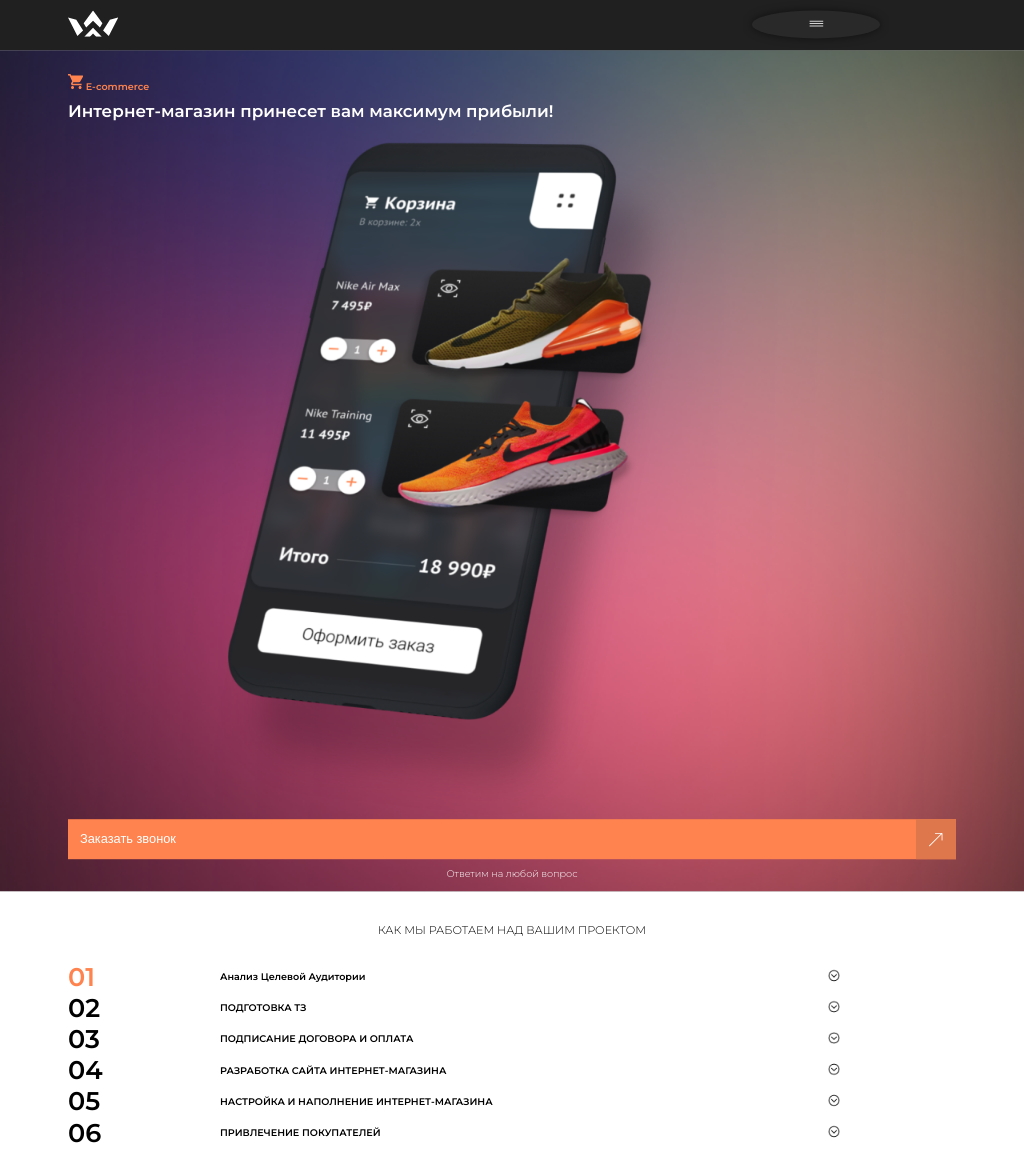
Repository: Gabi0605/my-tests
Page: web_alternative/index.html
An editor plug-in stored every save of this project. The page is shown before and after the next save, followed by the edit.
The browser window is 1280 px wide. The pictures show the whole page, at 80% of full size.
The style sheet was rebuilt from its Sass, Less or Tailwind sources for each picture, by a compiler version that may differ from the author's.

Above is the page before, as saved 2020-01-19 20:33:28.

### web_alternative/index.html
<!DOCTYPE html>
<html lang="ru">
<head>
    <meta charset="UTF-8">
    <meta name="viewport" content="width=device-width, initial-scale=1.0">
    <meta http-equiv="X-UA-Compatible" content="ie=edge">
    <title>WEB ALTERNATIVE</title>
    <link href="https://fonts.googleapis.com/css?family=Montserrat:300,400,600|Roboto:300,700&display=swap" rel="stylesheet">
    <link rel="stylesheet" href="css/bootstrap-grid.min.css">
    <link rel="stylesheet" href="css/style.css">
</head>
<body>
    <header>
        <div class="container">
            <div class="row">
                <div class="col-4">
                    <div class="logo">
                        <img src="img/svg/logo.svg" alt="">
                    </div>
                </div>
                <div class="col-2 offset-5">
                    <div class="burger">
                        <div class="rect"></div>
                        <div class="rect"></div>
                        <div class="rect"></div>
                    </div>
                </div>
            </div>
        </div>
    </header>
    <div class="call">
        <div class="container">
            <div class="e-commerce">
                <img src="img/svg/shopping-cart.svg" alt=""> E-commerce
            </div>
            <h2>
                Интернет-магазин принесет вам максимум прибыли!
            </h2>
            <div class="row">
                <div class="col-8 offset-2">
                    <img src="img/phone.png" alt="">
                </div>
            </div>
            <button>
                Заказать звонок
            </button>
            <p>Ответим на любой вопрос</p>
        </div>
    </div>
    <div class="work">
        <div class="container">
            <div class="row">
                <div class="col-10 offset-1">
                    <h2>Как мы работаем над вашим проектом</h2>
                </div>
            </div>
            <div class="item item-active">
                <div class="row">
                    <div class="col-2 item__number">01</div>
                    <div class="col-8 item__p">
                        <p>Анализ целевой аудитории</p>
                    </div>
                    <div class="col-2 item__btn">
                        <button><img src="img/arrow-down.png" alt=""></button>
                    </div>
                </div>
            </div>
            <div class="item">
                <div class="row">
                    <div class="col-2 item__number">02</div>
                    <div class="col-8 item__p">
                        <p>Подготовка ТЗ</p>
                    </div>
                    <div class="col-2 item__btn">
                        <button><img src="img/arrow-down.png" alt=""></button>
                    </div>
                </div>
            </div>
            <div class="item">
                <div class="row">
                    <div class="col-2 item__number">03</div>
                    <div class="col-8 item__p">
                        <p>Подписание договора и оплата</p>
                    </div>
                    <div class="col-2 item__btn">
                        <button><img src="img/arrow-down.png" alt=""></button>
                    </div>
                </div>
            </div>
            <div class="item">
                <div class="row">
                    <div class="col-2 item__number">04</div>
                    <div class="col-8 item__p">
                        <p>Разработка сайта интернет-магазина</p>
                    </div>
                    <div class="col-2 item__btn">
                        <button><img src="img/arrow-down.png" alt=""></button>
                    </div>
                </div>
            </div>
            <div class="item">
                <div class="row">
                    <div class="col-2 item__number">05</div>
                    <div class="col-8 item__p">
                        <p>Настройка и наполнение интернет-магазина</p>
                    </div>
                    <div class="col-2 item__btn">
                        <button><img src="img/arrow-down.png" alt=""></button>
                    </div>
                </div>
            </div>
            <div class="item">
                <div class="row">
                    <div class="col-2 item__number">06</div>
                    <div class="col-8 item__p">
                        <p>Привлечение покупателей</p>
                    </div>
                    <div class="col-2 item__btn">
                        <button><img src="img/arrow-down.png" alt=""></button>
                    </div>
                </div>
            </div>
        </div>
    </div>
</body>
</html>

### web_alternative/less/style.less
*{
    margin: 0;
    padding: 0;
    box-sizing: border-box;
}
.montserrat{
    font-family: 'Montserrat', sans-serif;
}
.roboto{
    font-family: 'Roboto', sans-serif;
}
p{
    .montserrat;
    font-size: 12px;
    line-height: 15px;
}
@background: #171718;
@gray: #202020;
@burger: #292929;
@orange: #FF834E;
@darkorange: #DE774B;
body{
    .montserrat
}
img{
    max-width: 100%;
}
button{
    background: none;
    border: none;
    cursor: pointer;
    &:focus{
        outline: none;
    }
}

header{
    background: @gray;
    padding: 13px 0;
    .burger{
        background: @burger;
        border-radius: 50%;
        box-shadow: 0 0 10px rgba(0, 0, 0, 0.5);
        min-width: 35px;
        min-height: 35px;
        display: flex;
        flex-direction: column;
        justify-content: center;
        align-items: center;
        .rect{
            min-width: 17px;
            max-width: 50%;
            height: 1px;
            background: #fff;
            margin-bottom: 2px;
        }
    }
}
.call{
    background: @background;
    background-image: url(../img/mobile-background-block-one.png);
    background-size: cover;
    padding: 29px 0 15px;
    .e-commerce{
        color: @orange;
        font-weight: 600;
        font-size: 12px;
        line-height: 15px;
    }
    h2{
        color: #fff;
        font-weight: 600;
        font-size: 21px;
        line-height: 28px;
        padding: 10px 0 24px;
    }
    button{
        background: @orange;
        color: #fff;
        font-weight: 400;
        font-size: 16px;
        line-height: 20px;
        padding: 15px;
        border: none;
        width: 100%;
        text-align: left;
        position: relative;
        &::after{
            content: "";
            position: absolute;
            top: 0;
            bottom: 0;
            right: 0;
            width: 50px;
            background: @darkorange;
            background-image: url(../img/svg/Union.svg);
            background-repeat: no-repeat;
            background-position: center;
        }
    }
    p{
        font-weight: 300;
        font-size: 12px;
        line-height: 15px;
        color: #fff;
        text-align: center;
        padding-top: 10px;
    }
}
.work{
    padding: 40px 0 30px;
    h2{
        font-size: 14px;
        line-height: 17px;
        font-weight: 300;
        text-transform: uppercase;
        text-align: center;
        padding-bottom: 30px;
    }
    .item{

        &__number{
            font-size: 32px;
            line-height: 39px;
            font-weight: 600;
        }
        &__p{
            text-transform: uppercase;
            font-size: 12px;
            line-height: 15px;
            font-weight: 600;
            display: flex;
            align-items: center;
        }
        &__btn{
            text-align: right;
            display: flex;
            align-items: center;
        }
        &-active{
            .item__number{
                color: @orange;
            }
            .item__p{
                text-transform: capitalize;
            }
        }
    }
}

Loaded but not shown: web_alternative/css/bootstrap-grid.min.css (library)

After the next save:
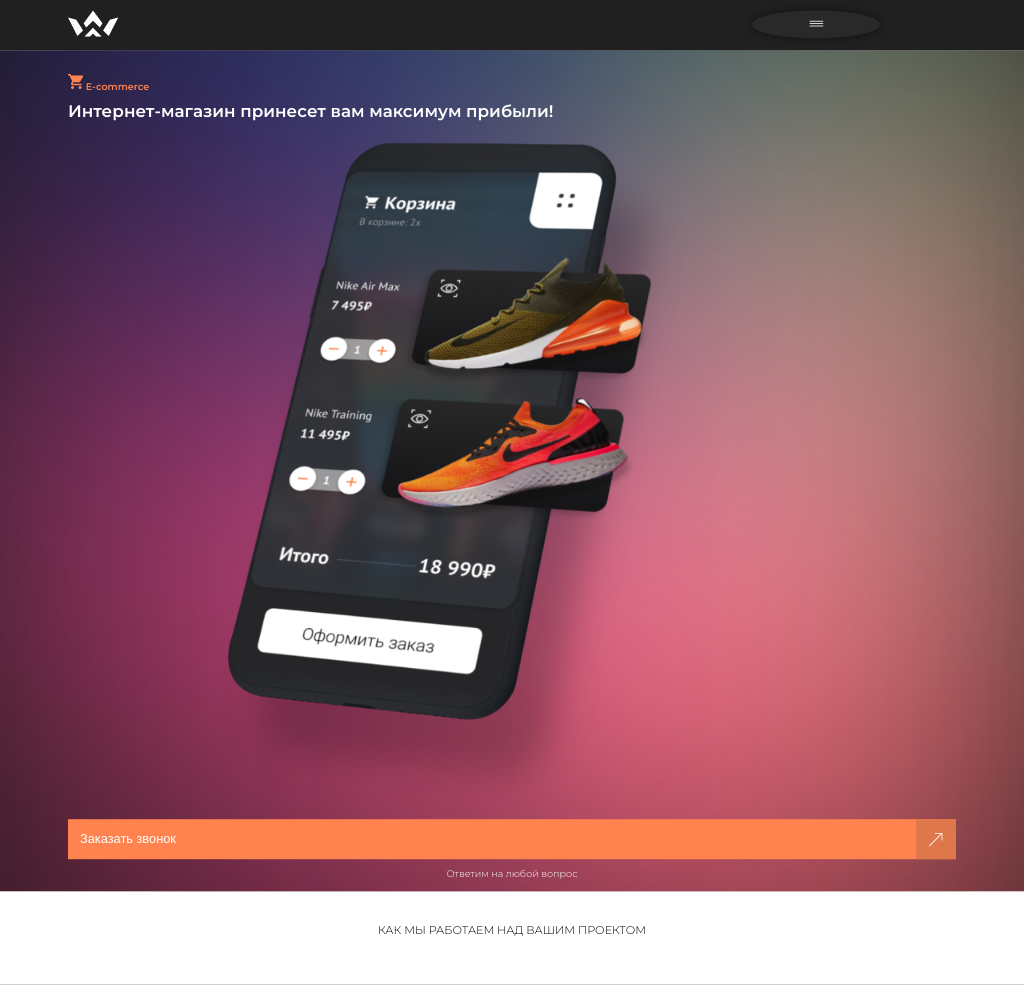
Saved 31 s later.
--- a/web_alternative/index.html
+++ b/web_alternative/index.html
@@ -54,72 +54,7 @@
                     <h2>Как мы работаем над вашим проектом</h2>
                 </div>
             </div>
-            <div class="item item-active">
-                <div class="row">
-                    <div class="col-2 item__number">01</div>
-                    <div class="col-8 item__p">
-                        <p>Анализ целевой аудитории</p>
-                    </div>
-                    <div class="col-2 item__btn">
-                        <button><img src="img/arrow-down.png" alt=""></button>
-                    </div>
-                </div>
-            </div>
-            <div class="item">
-                <div class="row">
-                    <div class="col-2 item__number">02</div>
-                    <div class="col-8 item__p">
-                        <p>Подготовка ТЗ</p>
-                    </div>
-                    <div class="col-2 item__btn">
-                        <button><img src="img/arrow-down.png" alt=""></button>
-                    </div>
-                </div>
-            </div>
-            <div class="item">
-                <div class="row">
-                    <div class="col-2 item__number">03</div>
-                    <div class="col-8 item__p">
-                        <p>Подписание договора и оплата</p>
-                    </div>
-                    <div class="col-2 item__btn">
-                        <button><img src="img/arrow-down.png" alt=""></button>
-                    </div>
-                </div>
-            </div>
-            <div class="item">
-                <div class="row">
-                    <div class="col-2 item__number">04</div>
-                    <div class="col-8 item__p">
-                        <p>Разработка сайта интернет-магазина</p>
-                    </div>
-                    <div class="col-2 item__btn">
-                        <button><img src="img/arrow-down.png" alt=""></button>
-                    </div>
-                </div>
-            </div>
-            <div class="item">
-                <div class="row">
-                    <div class="col-2 item__number">05</div>
-                    <div class="col-8 item__p">
-                        <p>Настройка и наполнение интернет-магазина</p>
-                    </div>
-                    <div class="col-2 item__btn">
-                        <button><img src="img/arrow-down.png" alt=""></button>
-                    </div>
-                </div>
-            </div>
-            <div class="item">
-                <div class="row">
-                    <div class="col-2 item__number">06</div>
-                    <div class="col-8 item__p">
-                        <p>Привлечение покупателей</p>
-                    </div>
-                    <div class="col-2 item__btn">
-                        <button><img src="img/arrow-down.png" alt=""></button>
-                    </div>
-                </div>
-            </div>
+
         </div>
     </div>
 </body>

After the save that followed:
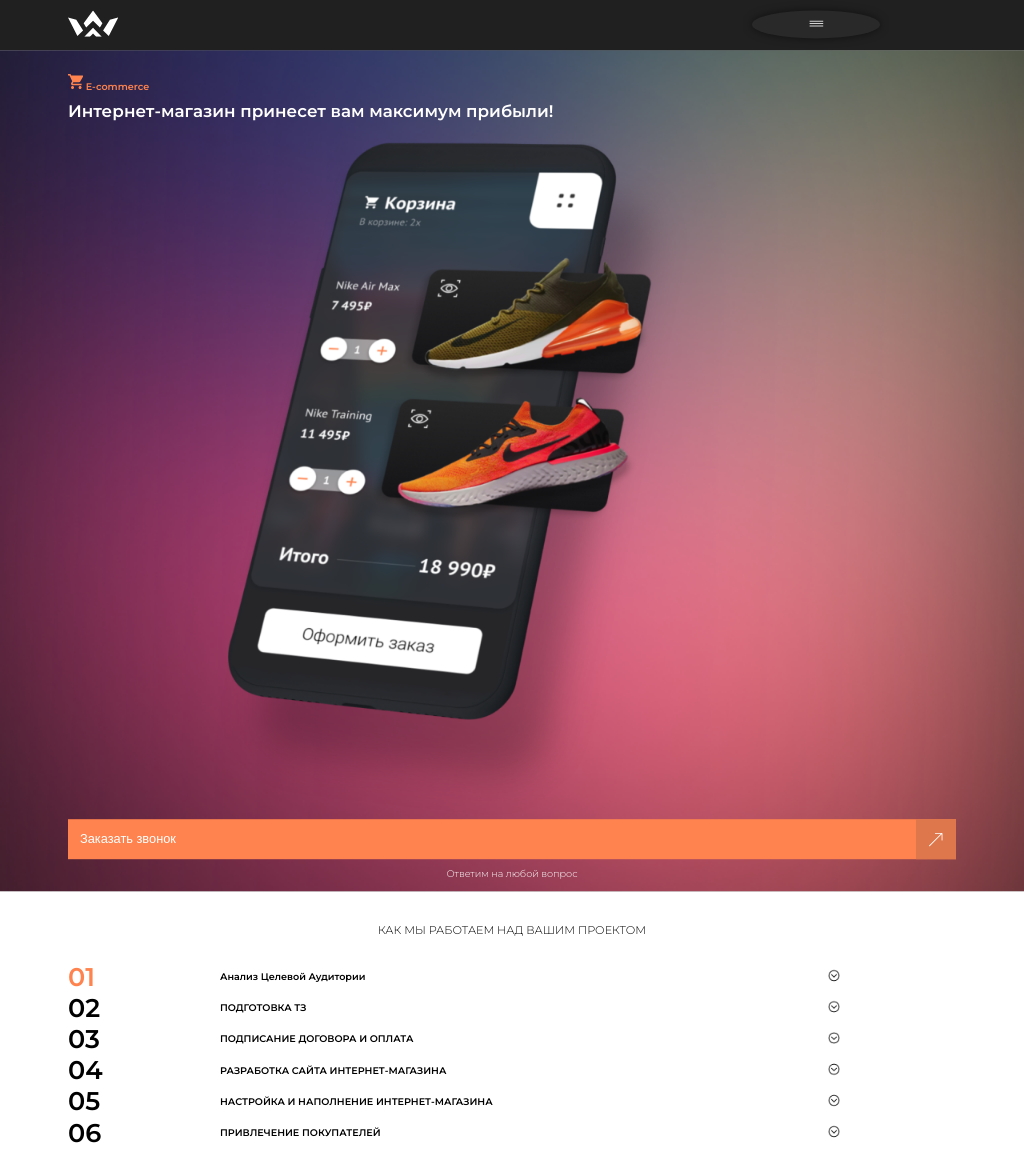
Saved 9 s later.
--- a/web_alternative/index.html
+++ b/web_alternative/index.html
@@ -54,7 +54,74 @@
                     <h2>Как мы работаем над вашим проектом</h2>
                 </div>
             </div>
-
+            <div class="items">
+                <div class="item item-active">
+                    <div class="row">
+                        <div class="col-2 item__number">01</div>
+                        <div class="col-8 item__p">
+                            <p>Анализ целевой аудитории</p>
+                        </div>
+                        <div class="col-2 item__btn">
+                            <button><img src="img/arrow-down.png" alt=""></button>
+                        </div>
+                    </div>
+                </div>
+                <div class="item">
+                    <div class="row">
+                        <div class="col-2 item__number">02</div>
+                        <div class="col-8 item__p">
+                            <p>Подготовка ТЗ</p>
+                        </div>
+                        <div class="col-2 item__btn">
+                            <button><img src="img/arrow-down.png" alt=""></button>
+                        </div>
+                    </div>
+                </div>
+                <div class="item">
+                    <div class="row">
+                        <div class="col-2 item__number">03</div>
+                        <div class="col-8 item__p">
+                            <p>Подписание договора и оплата</p>
+                        </div>
+                        <div class="col-2 item__btn">
+                            <button><img src="img/arrow-down.png" alt=""></button>
+                        </div>
+                    </div>
+                </div>
+                <div class="item">
+                    <div class="row">
+                        <div class="col-2 item__number">04</div>
+                        <div class="col-8 item__p">
+                            <p>Разработка сайта интернет-магазина</p>
+                        </div>
+                        <div class="col-2 item__btn">
+                            <button><img src="img/arrow-down.png" alt=""></button>
+                        </div>
+                    </div>
+                </div>
+                <div class="item">
+                    <div class="row">
+                        <div class="col-2 item__number">05</div>
+                        <div class="col-8 item__p">
+                            <p>Настройка и наполнение интернет-магазина</p>
+                        </div>
+                        <div class="col-2 item__btn">
+                            <button><img src="img/arrow-down.png" alt=""></button>
+                        </div>
+                    </div>
+                </div>
+                <div class="item">
+                    <div class="row">
+                        <div class="col-2 item__number">06</div>
+                        <div class="col-8 item__p">
+                            <p>Привлечение покупателей</p>
+                        </div>
+                        <div class="col-2 item__btn">
+                            <button><img src="img/arrow-down.png" alt=""></button>
+                        </div>
+                    </div>
+                </div>
+            </div>
         </div>
     </div>
 </body>
